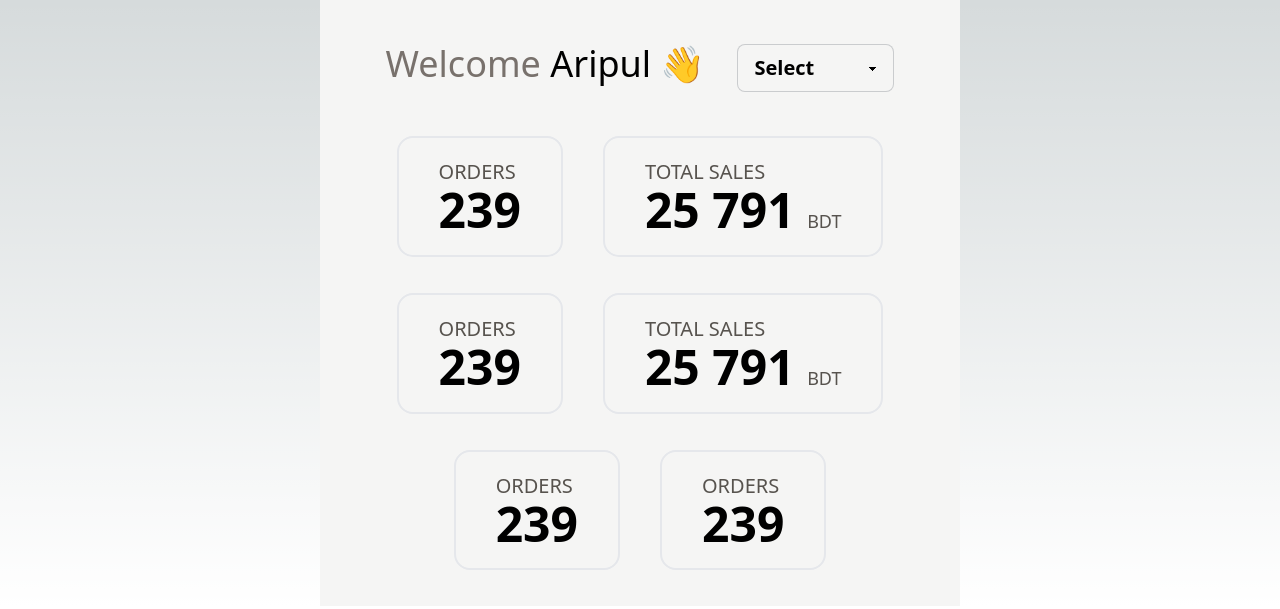
Repository: mehedi9465/nextapp
Page: /Dashboard
An editor plug-in stored every save of this project. The page is shown before and after the next save, followed by the edit.
The browser window is 1280 px wide. The pictures show the whole page.
The project was rebuilt for these pictures with package versions that can differ from the ones it lists, and the page was loaded fresh each time. The framework's server and built-in components were replaced by stand-ins that run in the browser. Also part of the build but not shown: next.config.js, Components/Navbar.js.

Above is the page before, as saved 2023-03-04 15:50:18.

### pages/Dashboard/index.js
import Navbar from "@/Components/Navbar";
import Link from "next/link";
import React from "react";

const index = () => {
  return (
    <>
      {/* <Navbar></Navbar> */}

      <div className="max-w-screen-sm mx-auto bg-stone-100 text-black overflow-hidden">
        <div className="flex justify-center py-2 my-9">
          <p className="text-4xl mx-4">
            <span className="text-stone-500">Welcome</span> Aripul 👋
          </p>
          <select className="select select-bordered text-xl max-w-xs bg-stone-100 outline-0 mx-4">
            <option disabled selected>
              Select
            </option>
            <option>Today</option>
            <option>Yesterday</option>
          </select>
        </div>
        <div className="flex justify-center my-9">
          <div className="border-2 rounded-2xl justify-start mx-5 px-10 py-5">
            <p className="uppercase text-stone-600 font-normal text-xl">
              Orders
            </p>
            <p className="text-5xl font-bold">239</p>
          </div>
          <div className="border-2 rounded-2xl justify-start mx-5 px-10 py-5 text-left">
            <p className="uppercase text-stone-600 font-normal text-xl">
              Total Sales
            </p>
            <p className="text-5xl font-bold">
              25 791 <span className="text-stone-600 font-medium text-lg">BDT</span>
            </p>
          </div>
        </div>
        <div className="flex justify-center my-9">
          <div className="border-2 rounded-2xl justify-start mx-5 px-10 py-5">
            <p className="uppercase text-stone-600 font-normal text-xl">
              Orders
            </p>
            <p className="text-5xl font-bold">239</p>
          </div>
          <div className="border-2 rounded-2xl justify-start mx-5 px-10 py-5 text-left">
            <p className="uppercase text-stone-600 font-normal text-xl">
              Total Sales
            </p>
            <p className="text-5xl font-bold">
              25 791 <span className="text-stone-600 font-medium text-lg">BDT</span>
            </p>
          </div>
        </div>
        <div className="flex justify-center my-9">
          <div className="border-2 rounded-2xl justify-start mx-5 px-10 py-5">
            <p className="uppercase text-stone-600 font-normal text-xl">
              Orders
            </p>
            <p className="text-5xl font-bold">239</p>
          </div>
          <div className="border-2 rounded-2xl justify-start mx-5 px-10 py-5 text-left">
            <p className="uppercase text-stone-600 font-normal text-xl">
              Orders
            </p>
            <p className="text-5xl font-bold">239</p>
          </div>
        </div>
      </div>
    </>
  );
};

export default index;

Loaded but not shown: pages/_app.js (common file); pages/_document.js (common file); styles/globals.css (common file); tailwind.config.js (common file)

After the next save:
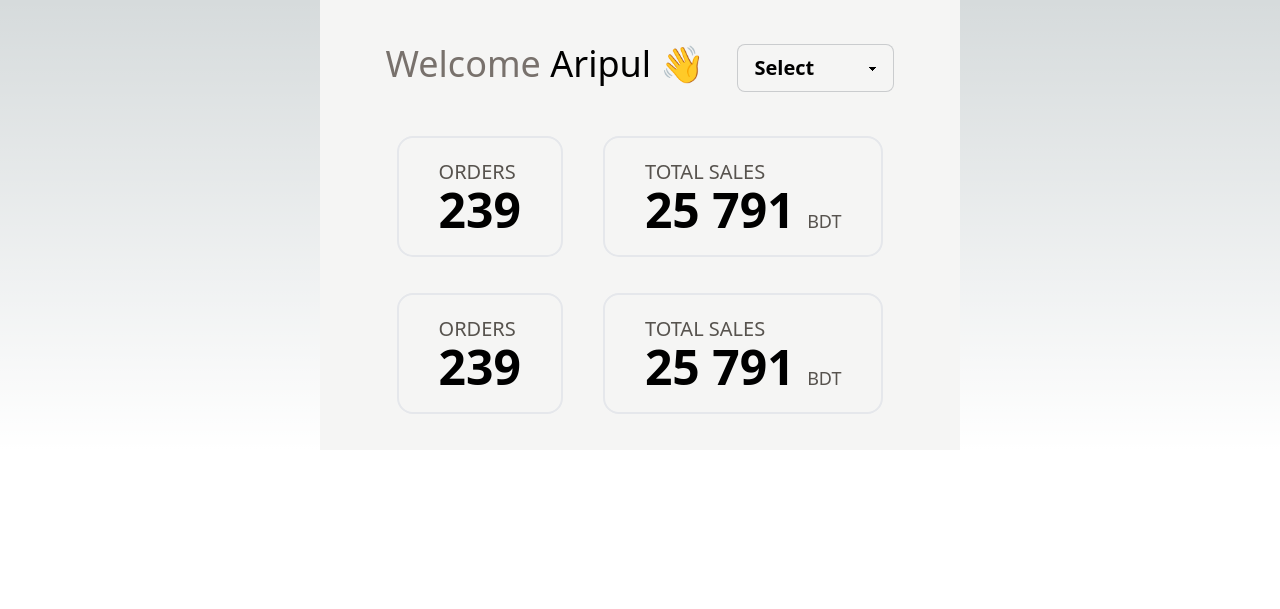
Saved 8 s later.
--- a/pages/Dashboard/index.js
+++ b/pages/Dashboard/index.js
@@ -52,20 +52,6 @@ const index = () => {
             </p>
           </div>
         </div>
-        <div className="flex justify-center my-9">
-          <div className="border-2 rounded-2xl justify-start mx-5 px-10 py-5">
-            <p className="uppercase text-stone-600 font-normal text-xl">
-              Orders
-            </p>
-            <p className="text-5xl font-bold">239</p>
-          </div>
-          <div className="border-2 rounded-2xl justify-start mx-5 px-10 py-5 text-left">
-            <p className="uppercase text-stone-600 font-normal text-xl">
-              Orders
-            </p>
-            <p className="text-5xl font-bold">239</p>
-          </div>
-        </div>
       </div>
     </>
   );
